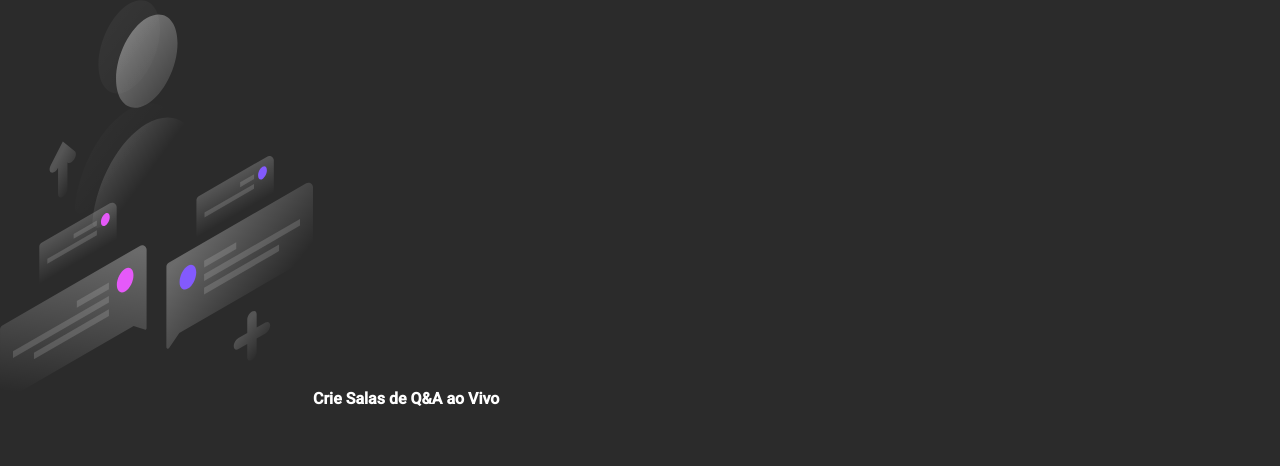
Repository: ANDRIEL123/NLW6-ReactJS-Letmeask
Page: /
An editor plug-in stored every save of this project. The page is shown before and after the next save, followed by the edit.
The browser window is 1280 px wide. The pictures show the whole page.
The project was rebuilt for these pictures with package versions that can differ from the ones it lists, and the page was loaded fresh each time.

Above is the page before, as saved 2021-10-11 10:32:20.

### public/index.html
<!DOCTYPE html>
<html lang="en">

<head>
  <meta charset="utf-8" />
  <link rel="icon" href="%PUBLIC_URL%/favicon.ico" />
  <meta name="viewport" content="width=device-width, initial-scale=1" />
  <meta name="theme-color" content="#000000" />
  <meta name="description" content="Web site created using create-react-app" />
  <link rel="apple-touch-icon" href="%PUBLIC_URL%/logo192.png" />
  <link rel="preconnect" href="https://fonts.googleapis.com">
  <link rel="preconnect" href="https://fonts.gstatic.com" crossorigin>
  <link href="https://fonts.googleapis.com/css2?family=Poppins:wght@400;700&family=Roboto:wght@400;500&display=swap"
    rel="stylesheet">
  <title>React App</title>
</head>

<body>
  <noscript>You need to enable JavaScript to run this app.</noscript>
  <div id="root"></div>
</body>

</html>

### src/index.tsx
import React from 'react';
import ReactDOM from 'react-dom';
import App from './App';
import './styles/global.scss'

ReactDOM.render(
  <React.StrictMode>
    <App />
  </React.StrictMode>,
  document.getElementById('root')
);

### src/App.tsx
import React from 'react';
import { Home } from './pages/Home';

function App() {
  return (
    <div className="App">
      <Home />
    </div>
  );
}

export default App;

### src/styles/global.scss
* {
    margin: 0;
    padding: 0;
    box-sizing: border-box;
}

body {
    background-color: rgb(43, 43, 43);
    color: white;
}

body, input, button, textarea {
    font: 400 16px 'Roboto', sans-serife;
}

### src/pages/Home.tsx
import IlustrationImg from '../assets/images/illustration.svg'

export function Home() {
    return (
        <div>
            <aside>
                <img src={IlustrationImg} alt="Ilustração" />
                <strong>Crie Salas de Q&A ao Vivo</strong>
            </aside>
        </div>
    )
}

After the next save:
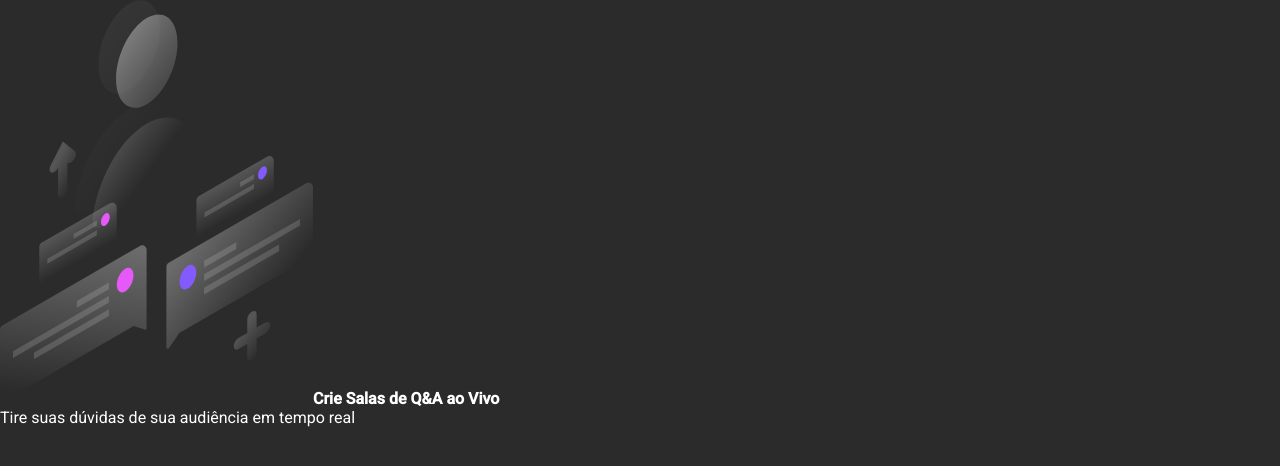
Saved 4 min 39 s later.
--- a/src/pages/Home.tsx
+++ b/src/pages/Home.tsx
@@ -6,6 +6,7 @@
             <aside>
                 <img src={IlustrationImg} alt="Ilustração" />
                 <strong>Crie Salas de Q&A ao Vivo</strong>
+                <p>Tire suas dúvidas de sua audiência em tempo real</p>
             </aside>
         </div>
     )
